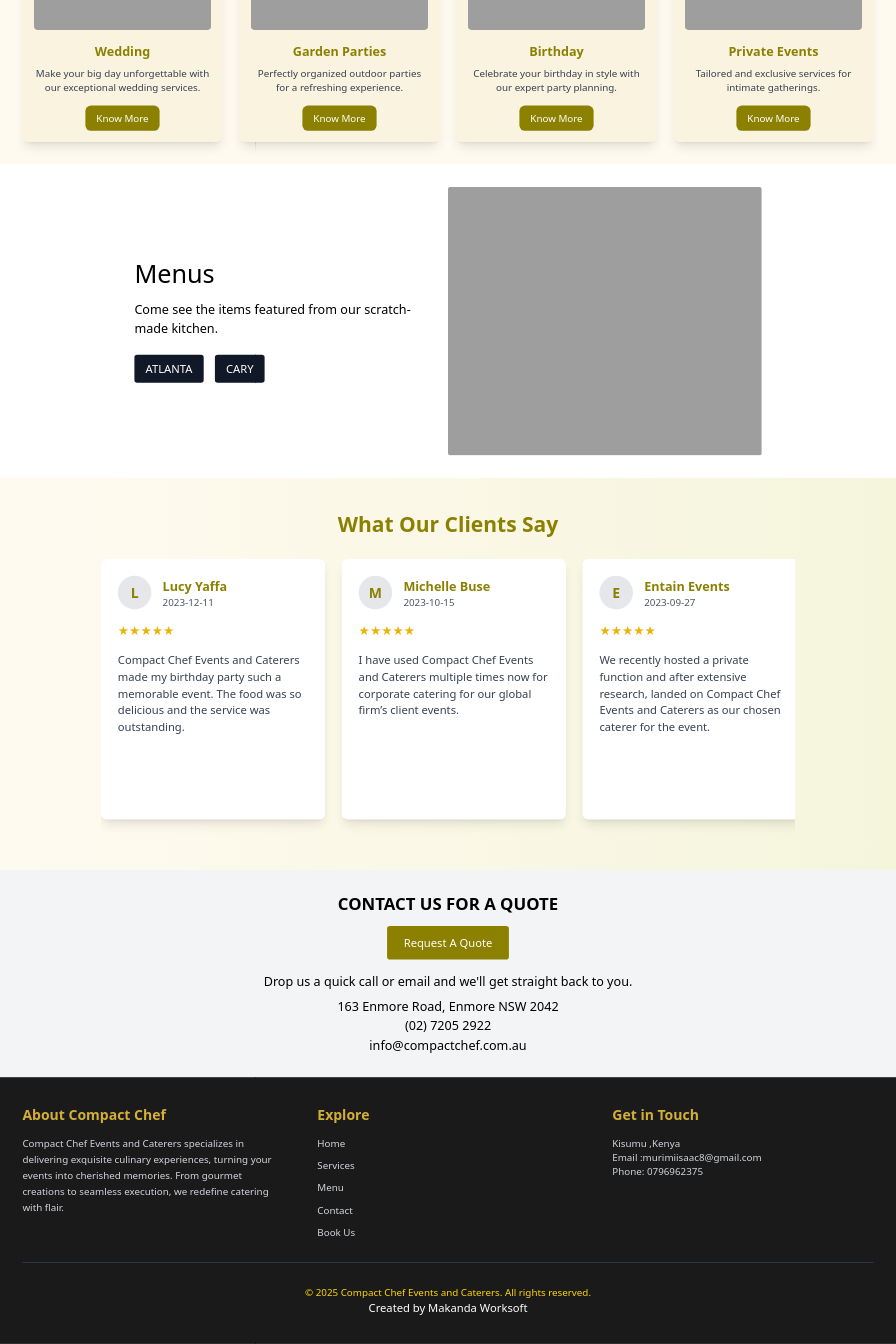
Repository: makanda596/compactchef
Page: /
The author's editor kept a copy of each file at every save. The page is drawn from the files as they stood at one save, then again after the next save.
The browser window is 1280 px wide. The pictures show the part of the page from y = 2057 to 3977 px (the page is 3977 px tall), at 70% of full size.
Pictures or frames that could not be fetched are drawn as grey boxes. The project was rebuilt for these pictures with package versions that can differ from the ones it lists, and the page was loaded fresh each time. Also part of the build but not shown: src/pages/Services.jsx, src/pages/Menu.jsx, src/pages/Contact.jsx, src/pages/Book.jsx.

Above is the page before, as saved 2025-01-08 15:36:47.

After the next save:
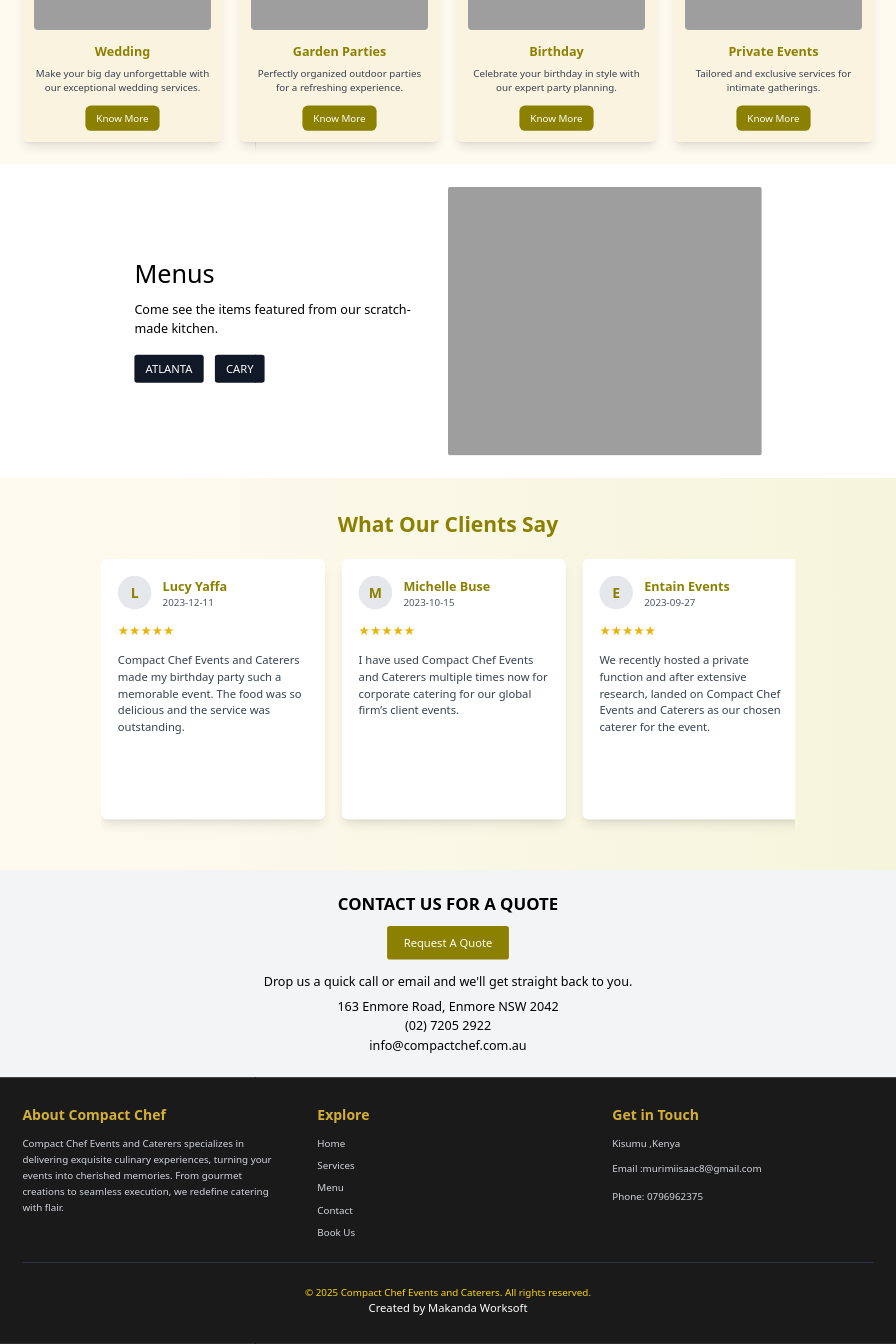
Saved 62 s later.
--- a/src/components/Footer.jsx
+++ b/src/components/Footer.jsx
@@ -40,8 +40,8 @@ const Footer = () => {
                         <h3 className="text-xl font-bold text-[#d4af37] mb-4">Get in Touch</h3>
                         <ul className="text-sm text-gray-300 space-y-4 flex-row">
                             <li>Kisumu ,Kenya</li>
-                            <a href="mailto:murimiisaac8@gmail.com" target="_blank"
-                                rel="noopener noreferrer">Email :murimiisaac8@gmail.com</a> <br />
+                            <li>  <a href="mailto:murimiisaac8@gmail.com" target="_blank"
+                                rel="noopener noreferrer">Email :murimiisaac8@gmail.com</a> </li> <br />
                             <a href="tel:+254796962375" target="_blank"
                                 rel="noopener noreferrer" className='py-1'>Phone: 0796962375</a>
                         </ul>
